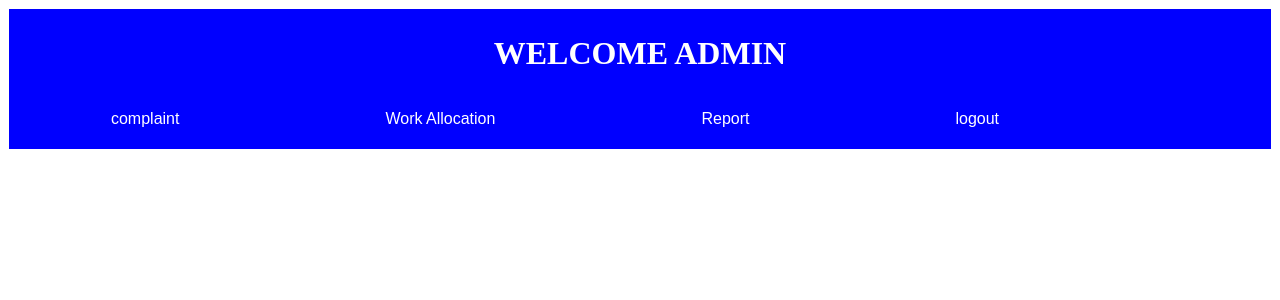
Repository: Jobinte/KSEB-PROJECT
Page: KSEB-complaint-management/WebContent/admin.html
The author's editor kept a copy of each file at every save. The page is drawn from the files as they stood at one save, then again after the next save.
The browser window is 1280 px wide. The pictures show the whole page.

Above is the page before, as saved 2023-11-21 10:19:32.

### KSEB-complaint-management/WebContent/admin.html
<!DOCTYPE html>
<html>
<head>
<meta charset="ISO-8859-1">
<title>admin</title>
<link href="css/admin.css" rel="stylesheet" type="text/css" />
</head>
<body>
 <div class="header">
        <h1>WELCOME ADMIN</h1>

<div class="dropdown">
  <button class="dropbtn">complaint</button>
  <div class="dropdown-content">
    <a href="#"> Register complaint </a>
    <a href="#"> edit complaint </a>
    <a href="#"> complaint status</a>
  </div>
</div>

<div class="dropdown">
  <button class="dropbtn">Work Allocation</button>
  <div class="dropdown-content">
    <a href="#"> Work Allocate  </a>
    <a href="#"> view Work Allocation  </a>

  </div>
</div>

<div class="dropdown">
  <button class="dropbtn">Report</button>
  <div class="dropdown-content">
    <a href="#"> work report  </a>
    <a href="#"> complaint report </a>
    <a href="#">payment report </a>
  </div>
</div>
<div class="dropdown">
  <button class="dropbtn">logout</button>
  <div class="dropdown-content">

  </div>
</div>

</div>
</body>
</html>

### KSEB-complaint-management/WebContent/css/admin.css
 .header {

            background-color:blue;
            border:1px solid;
            color: white;
            text-align: center;
            padding: 5px;
        }


.dropbtn {
	background-color: blue;
	color: white;
	padding: 16px;
	font-size: 16px;
	border: none;
}

.dropdown {
	position: relative;
	display: inline-block;
	margin-right:170px;
}


.dropdown-content {
	display: none;
	position: absolute;
	background-color: #f1f1f1;
	min-width: 160px;
	box-shadow: 0px 8px 16px 0px rgba(0, 0, 0, 0.2);
	z-index: 1;
}

.dropdown-content a {
	color: black;
	padding: 12px 16px;
	text-decoration: none;
	display: block;
}

.dropdown-content a:hover {
	background-color: #ddd;
}

.dropdown:hover .dropdown-content {
	display: block;
}

.dropdown:hover .dropbtn {
	background-color: #3e8e41;
}

After the next save:
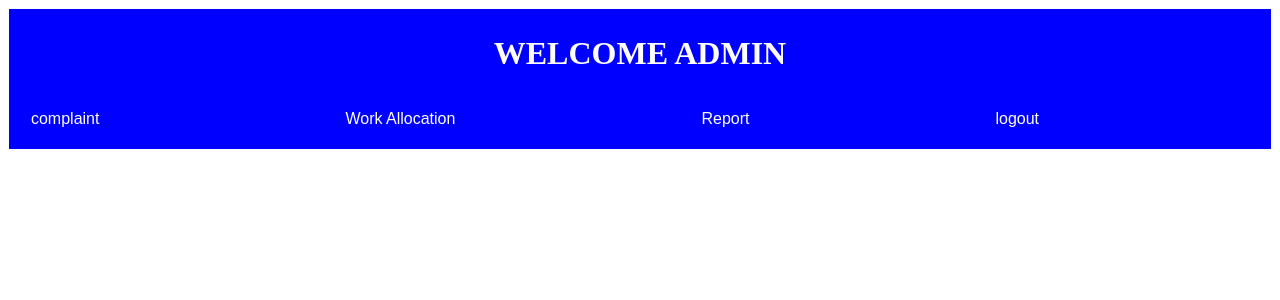
Saved 15 s later.
--- a/KSEB-complaint-management/WebContent/css/admin.css
+++ b/KSEB-complaint-management/WebContent/css/admin.css
@@ -19,7 +19,7 @@
 .dropdown {
 	position: relative;
 	display: inline-block;
-	margin-right:170px;
+	margin-right:210px;
 }
 
 
